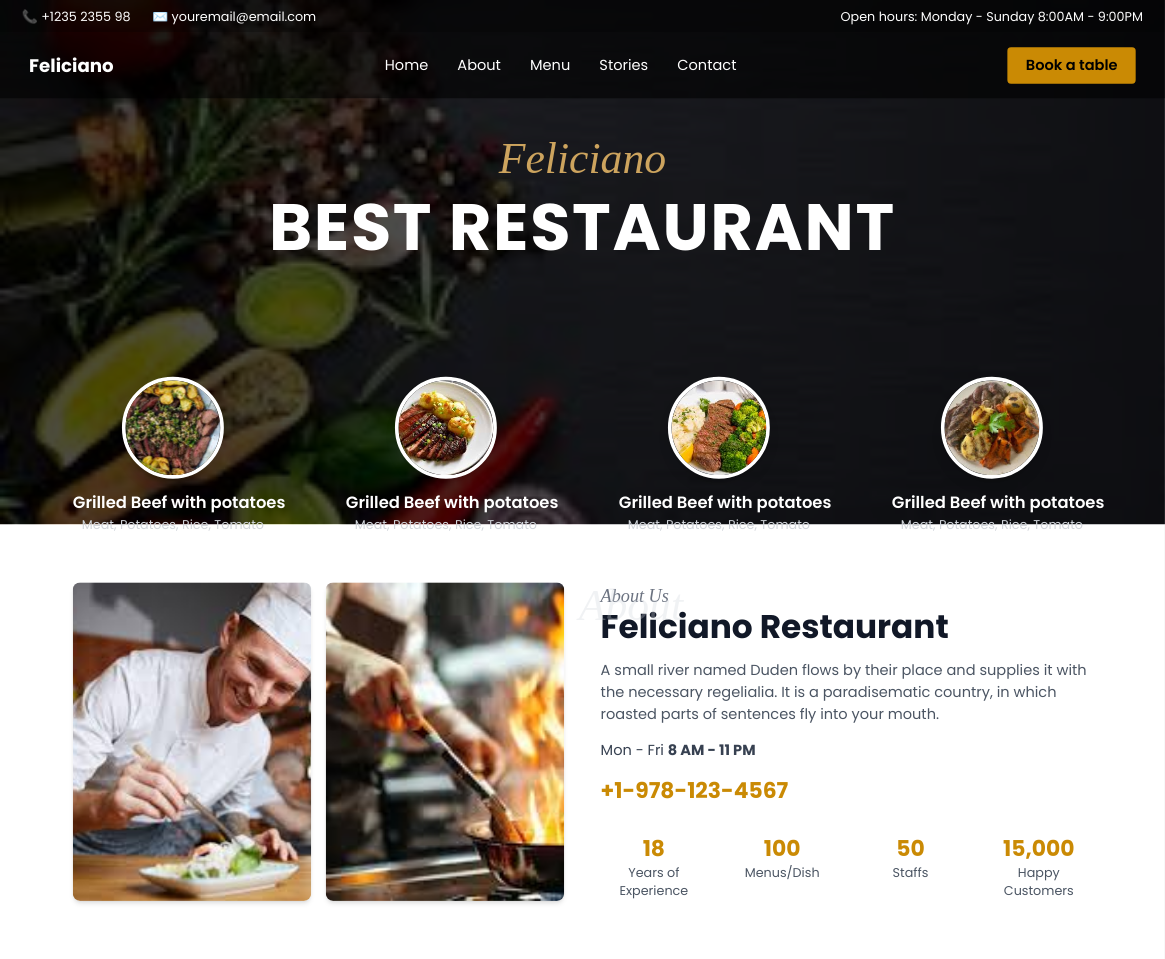
Repository: Purniagithub/Benttacproject
Page: /
An editor plug-in stored every save of this project. The page is shown before and after the next save, followed by the edit.
The browser window is 1280 px wide. The pictures show the whole page, at 91% of full size.
Some web fonts or font styles are not loaded; a fallback is used. The project was rebuilt for these pictures with package versions that can differ from the ones it lists, and the page was loaded fresh each time. Also part of the build but not shown: vite.config.js.

Above is the page before, as saved 2025-08-21 16:33:00.

### index.html
<!doctype html>
<html lang="en">
  <head>
    <meta charset="UTF-8" />
    <link rel="icon" type="image/svg+xml" href="/vite.svg" />
    <link href="https://fonts.googleapis.com/css2?family=Playfair+Display:ital,wght@1,500&family=Poppins:wght@400;600;700&display=swap" rel="stylesheet">

    <meta name="viewport" content="width=device-width, initial-scale=1.0" />
    <title>Vite + React</title>
  </head>
  <body>
    <div id="root"></div>
    <script type="module" src="/src/main.jsx"></script>
  </body>
</html>

### src/App.jsx
import React from "react";
import Navbar from "./components/Navbar";
import Hero from "./components/Hero";

function App() {
  return (
    <div className="font-poppins">
      <Navbar />
      <Hero />
    </div>
  );
}

export default App;

### src/components/Navbar.jsx
import React from "react";

const Navbar = () => {
  return (
    <header className="absolute top-0 left-0 w-full z-50">
      {/* Top bar */}
      <div className="flex justify-between items-center bg-black bg-opacity-70 text-white text-sm px-6 py-2">
        <div className="flex space-x-6">
          <span>📞 +1235 2355 98</span>
          <span>✉️ youremail@email.com</span>
        </div>
        <span>Open hours: Monday - Sunday 8:00AM - 9:00PM</span>
      </div>

      {/* Main Navbar */}
      <nav className="flex justify-between items-center bg-black bg-opacity-60 text-white px-8 py-4">
        <h1 className="text-xl font-bold">Feliciano</h1>
        <ul className="flex space-x-8 font-medium">
          <li><a href="#" className="hover:text-yellow-400">Home</a></li>
          <li><a href="#" className="hover:text-yellow-400">About</a></li>
          <li><a href="#" className="hover:text-yellow-400">Menu</a></li>
          <li><a href="#" className="hover:text-yellow-400">Stories</a></li>
          <li><a href="#" className="hover:text-yellow-400">Contact</a></li>
        </ul>
        <button className="bg-yellow-600 hover:bg-yellow-700 px-5 py-2 rounded text-black font-semibold">
          Book a table
        </button>
      </nav>
    </header>
  );
};

export default Navbar;

### src/components/Hero.jsx
import React from "react";
import AboutSection from "../components/AboutSection";

const dishes = [
  { id: 1, name: "Grilled Beef with potatoes", desc: "Meat, Potatoes, Rice, Tomato", img: "/dish-1.jpeg" },
  { id: 2, name: "Grilled Beef with potatoes", desc: "Meat, Potatoes, Rice, Tomato", img: "/dish-2.jpeg" },
  { id: 3, name: "Grilled Beef with potatoes", desc: "Meat, Potatoes, Rice, Tomato", img: "/dish-3.jpeg" },
  { id: 4, name: "Grilled Beef with potatoes", desc: "Meat, Potatoes, Rice, Tomato", img: "/dish-4.jpeg" },
];

const Hero = () => {
  return (
    <>
    <section
      className="relative h-[80vh] bg-cover bg-center flex flex-col justify-center items-center text-white px-4"
      style={{ backgroundImage: "url('/img-4.jpeg')" }}
    >
      {/* Dark overlay */}
      <div className="absolute inset-0 bg-black/70"></div>

      {/* Headings */}
      <div className="relative z-10 text-center mt-20 md:mt-32 lg:mt-40">
        <h2 className="text-3xl md:text-4xl lg:text-5xl font-serif italic text-[#CDA45E]">
          Feliciano
        </h2>
        <h1 className="text-4xl md:text-5xl lg:text-7xl font-extrabold tracking-wide mt-3 md:mt-4 uppercase">
          Best Restaurant
        </h1>
      </div>

      {/* Dish Cards */}
      <div className="relative z-10 grid grid-cols-1 sm:grid-cols-2 md:grid-cols-4 gap-10 md:gap-16 lg:gap-20 mt-16 md:mt-24 lg:mt-32">
        {dishes.map((dish) => (
          <div key={dish.id} className="text-center max-w-[220px] mx-auto">
            <img
              src={dish.img}
              alt={dish.name}
              className="w-24 h-24 md:w-28 md:h-28 object-cover rounded-full mx-auto border-4 border-white shadow-lg"
            />
            <h3 className="mt-3 font-semibold text-base md:text-lg whitespace-nowrap">
              {dish.name}
            </h3>
            <p className="text-xs md:text-sm text-gray-300">{dish.desc}</p>
          </div>
        ))}
      </div>
    </section>
     {/* Other sections */}
     <AboutSection />
</>
  );
};

export default Hero;

### src/components/AboutSection.jsx
// src/components/AboutSection.jsx
import React from "react";

export default function AboutSection() {
  return (
    <section className="w-full bg-white py-16 px-6 lg:px-20">
      <div className="max-w-7xl mx-auto grid grid-cols-1 lg:grid-cols-2 gap-10 items-center">
        {/* Left Images */}
        <div className="grid grid-cols-2 gap-4">
          <img
            src="/chef-1.jpeg"
            alt="Chef serving"
            className="rounded-lg shadow-md object-cover h-[350px] w-full"
          />
          <img
            src="/chef-3.jpeg"
            alt="Cooking food"
            className="rounded-lg shadow-md object-cover h-[350px] w-full"
          />
        </div>

        {/* Right Content */}
        <div>
          <h3 className="text-xl font-serif italic text-gray-500 relative">
            <span className="absolute -left-6 text-5xl text-gray-300 opacity-30">
              About
            </span>
            About Us
          </h3>
          <h2 className="text-3xl lg:text-4xl font-bold text-gray-900 mb-4">
            Feliciano Restaurant
          </h2>
          <p className="text-gray-600 mb-4">
            A small river named Duden flows by their place and supplies it with
            the necessary regelialia. It is a paradisematic country, in which
            roasted parts of sentences fly into your mouth.
          </p>

          <p className="text-gray-700 mb-4">
            Mon - Fri <span className="font-bold">8 AM - 11 PM</span>
          </p>
          <p className="text-2xl font-bold text-yellow-600 mb-6">
            +1-978-123-4567
          </p>

          {/* Stats */}
          <div className="grid grid-cols-2 sm:grid-cols-4 gap-6 mt-8">
            <div className="text-center">
              <h4 className="text-2xl font-bold text-yellow-600">18</h4>
              <p className="text-sm text-gray-600">Years of Experience</p>
            </div>
            <div className="text-center">
              <h4 className="text-2xl font-bold text-yellow-600">100</h4>
              <p className="text-sm text-gray-600">Menus/Dish</p>
            </div>
            <div className="text-center">
              <h4 className="text-2xl font-bold text-yellow-600">50</h4>
              <p className="text-sm text-gray-600">Staffs</p>
            </div>
            <div className="text-center">
              <h4 className="text-2xl font-bold text-yellow-600">15,000</h4>
              <p className="text-sm text-gray-600">Happy Customers</p>
            </div>
          </div>
        </div>
      </div>
    </section>
  );
}

### tailwind.config.js
/** @type {import('tailwindcss').Config} */
export default {
  content: ["./index.html",
    "./src/**/*.{js,ts,jsx,tsx}",],
  theme: {
    extend: {fontFamily: {
      sans: ['Poppins', 'sans-serif'],
      serif: ['Playfair Display', 'serif'],
    },
    colors: {
      gold: "#CDA45E",
    },},
  },
  plugins: [],
}

Loaded but not shown: src/main.jsx (common file); src/index.css (common file)

After the next save:
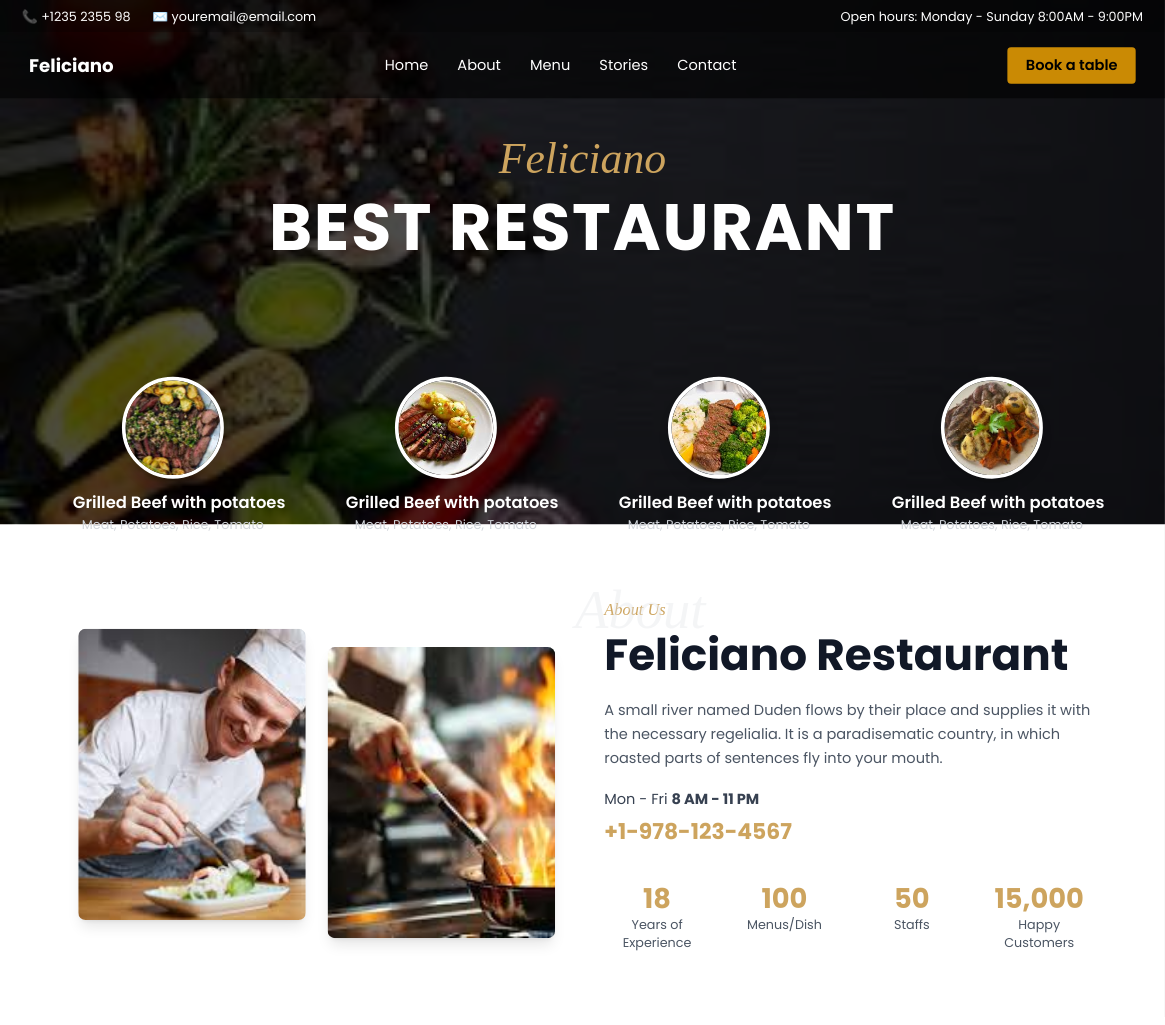
Saved 2 min 35 s later.
--- a/src/components/AboutSection.jsx
+++ b/src/components/AboutSection.jsx
@@ -3,62 +3,62 @@ import React from "react";
 
 export default function AboutSection() {
   return (
-    <section className="w-full bg-white py-16 px-6 lg:px-20">
-      <div className="max-w-7xl mx-auto grid grid-cols-1 lg:grid-cols-2 gap-10 items-center">
+    <section className="w-full bg-white py-20 px-6 lg:px-20">
+      <div className="max-w-7xl mx-auto grid grid-cols-1 lg:grid-cols-2 gap-12 items-center">
         {/* Left Images */}
-        <div className="grid grid-cols-2 gap-4">
+        <div className="flex justify-center items-center gap-6">
           <img
             src="/chef-1.jpeg"
             alt="Chef serving"
-            className="rounded-lg shadow-md object-cover h-[350px] w-full"
+            className="rounded-lg shadow-lg object-cover h-[280px] w-[220px] lg:h-[320px] lg:w-[250px]"
           />
           <img
             src="/chef-3.jpeg"
             alt="Cooking food"
-            className="rounded-lg shadow-md object-cover h-[350px] w-full"
+            className="rounded-lg shadow-lg object-cover h-[280px] w-[220px] lg:h-[320px] lg:w-[250px] mt-10"
           />
         </div>
 
         {/* Right Content */}
         <div>
-          <h3 className="text-xl font-serif italic text-gray-500 relative">
-            <span className="absolute -left-6 text-5xl text-gray-300 opacity-30">
+          <h3 className="text-lg font-serif italic text-[#CDA45E] relative mb-3">
+            <span className="absolute -left-8 -top-4 text-6xl font-serif text-gray-200 opacity-40 select-none">
               About
             </span>
             About Us
           </h3>
-          <h2 className="text-3xl lg:text-4xl font-bold text-gray-900 mb-4">
+          <h2 className="text-4xl lg:text-5xl font-bold text-gray-900 mb-6 leading-snug">
             Feliciano Restaurant
           </h2>
-          <p className="text-gray-600 mb-4">
+          <p className="text-gray-600 mb-5 leading-relaxed">
             A small river named Duden flows by their place and supplies it with
             the necessary regelialia. It is a paradisematic country, in which
             roasted parts of sentences fly into your mouth.
           </p>
 
-          <p className="text-gray-700 mb-4">
+          <p className="text-gray-700 mb-2">
             Mon - Fri <span className="font-bold">8 AM - 11 PM</span>
           </p>
-          <p className="text-2xl font-bold text-yellow-600 mb-6">
+          <p className="text-2xl font-bold text-[#CDA45E] mb-6">
             +1-978-123-4567
           </p>
 
           {/* Stats */}
-          <div className="grid grid-cols-2 sm:grid-cols-4 gap-6 mt-8">
+          <div className="grid grid-cols-2 sm:grid-cols-4 gap-6 mt-10">
             <div className="text-center">
-              <h4 className="text-2xl font-bold text-yellow-600">18</h4>
+              <h4 className="text-3xl font-bold text-[#CDA45E]">18</h4>
               <p className="text-sm text-gray-600">Years of Experience</p>
             </div>
             <div className="text-center">
-              <h4 className="text-2xl font-bold text-yellow-600">100</h4>
+              <h4 className="text-3xl font-bold text-[#CDA45E]">100</h4>
               <p className="text-sm text-gray-600">Menus/Dish</p>
             </div>
             <div className="text-center">
-              <h4 className="text-2xl font-bold text-yellow-600">50</h4>
+              <h4 className="text-3xl font-bold text-[#CDA45E]">50</h4>
               <p className="text-sm text-gray-600">Staffs</p>
             </div>
             <div className="text-center">
-              <h4 className="text-2xl font-bold text-yellow-600">15,000</h4>
+              <h4 className="text-3xl font-bold text-[#CDA45E]">15,000</h4>
               <p className="text-sm text-gray-600">Happy Customers</p>
             </div>
           </div>
